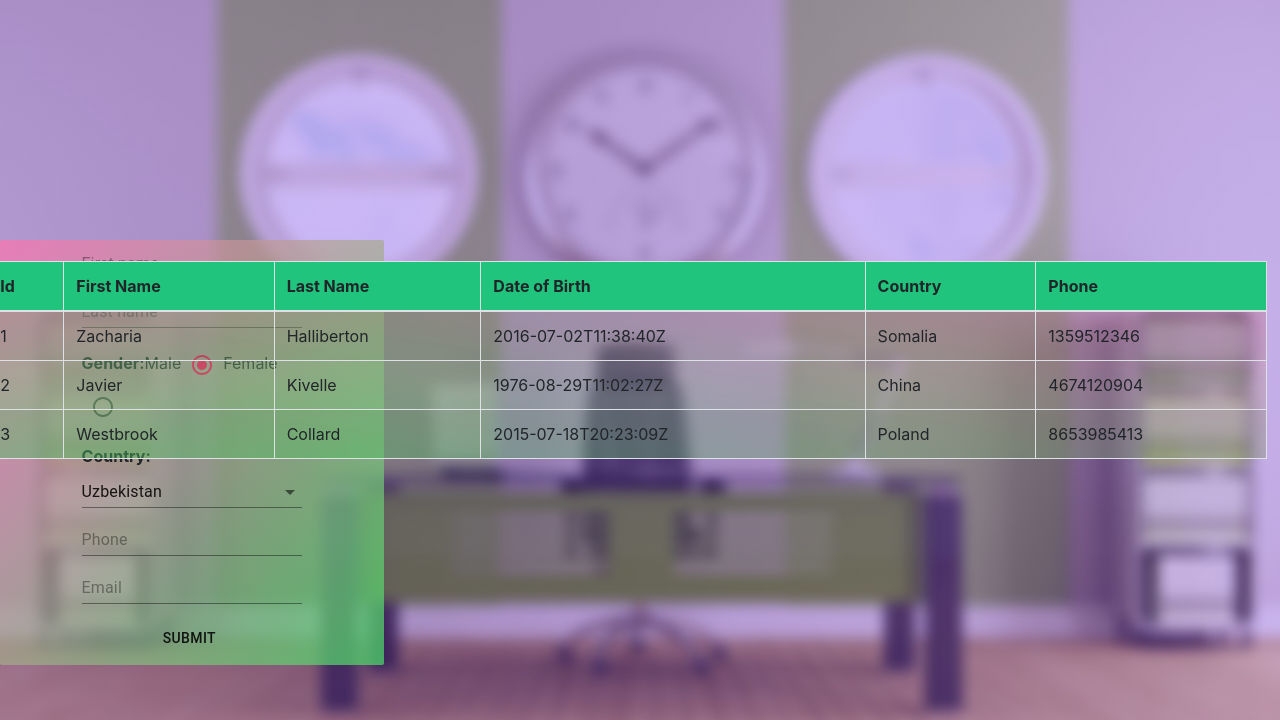
Repository: abrorsaidov/table-table
Page: /
An editor plug-in stored every save of this project. The page is shown before and after the next save, followed by the edit.
The browser window is 1280 px wide. The pictures show the whole page.
The project was rebuilt for these pictures with package versions that can differ from the ones it lists, and the page was loaded fresh each time. Also part of the build but not shown: src/components/ComponentC.js.

Above is the page before, as saved 2020-12-05 01:08:04.

### src/App.js
import React, { useContext } from 'react';
import './App.css';
import UserContext from './components/userContext';
import State from './components/state';
import ComponentC from './components/ComponentC';
import Forms from './components/Forms';
import MyTable from './components/MyTable';

function App() {
    return (
        <State>
            <div className='App'>
                <Forms />
                <MyTable />
            </div>
        </State>
    );
}

export default App;

### src/App.css
@import url("https://fonts.googleapis.com/css2?family=Nunito+Sans:wght@200&display=swap");

* {
  margin: 0;
  padding: 0;
}

body {
  background: linear-gradient(
      to bottom right,
      rgba(104, 37, 238, 0.3),
      rgba(104, 37, 238, 0.3)
    ),
    url("../src/office.jpg");
  background-attachment: fixed;
  background-repeat: no-repeat;
  font-family: "Nunito Sans", sans-serif;
  background-size: cover;
}

.form-wrapper {
  background: linear-gradient(
    to bottom right,
    rgba(255, 114, 175, 0.7),
    rgba(75, 226, 105, 0.7)
  );
  display: flex;
  flex-direction: column;
  justify-content: center;
  align-items: center;
  width: 30%;
  left: 10%;
  border-radius: 2px;
  margin-top: 15em;
  /* transform: translateY(50%); */
  padding: 0.5em;
}

.text {
  width: 60%;
}
.text .country {
  display: flex;
  justify-content: space-between;
}
.text {
  margin-bottom: 1em;
}
label.main {
  font-weight: bold;
}

.submit-btn {
  background: rgba(129, 232, 27, 0.912);
  width: 60%;
  text-align: center;
  border-radius: 7px;
}
small.error {
  display: block;
  color: red;
}
small.hide {
  color: red;
  display: none;
}

option {
  cursor: pointer;
}

.inputs {
  width: 100%;
}

.myTable {
  background: linear-gradient(
    to top right,
    rgba(75, 226, 105, 0.4),
    rgba(255, 114, 175, 0.337)
  );
  position: absolute;
  width: 65%;
  top: 50%;
  transform: translateY(-50%);
  right: 1%;
  padding: 3px;
  /* justify-content: center;
  display: flex; */
}

thead {
  background: rgb(33, 196, 125);
}

### src/components/state.js
import React, { useReducer } from 'react';
import reducer from './reducer';
import UserContext from './userContext';

const State = props => {
    const initialState = {
        loading: false,
    };

    const [state, dispatch] = useReducer(reducer, initialState);

    const setLoading = () => {
        dispatch({
            type: 'LOADING',
        });
    };

    const clearLoading = () => {
        dispatch({
            type: 'CLEAR_LOADING',
        });
    };

    return (
        <UserContext.Provider
            value={{ loading: state.loading, setLoading, clearLoading }}
        >
            {props.children}
        </UserContext.Provider>
    );
};

export default State;

### src/components/MyTable.js
import React, { useMemo } from "react";
import { useTable } from "react-table";
import MOCK_DATA from "./MOCK_DATA.json";
import { COLUMNS } from "./columns";
import { Table } from "react-bootstrap";
import "bootstrap/dist/css/bootstrap.min.css";

const MyTable = () => {
  const columns = useMemo(() => COLUMNS, []);
  const data = useMemo(() => MOCK_DATA, []);

  const tableInstance = useTable({
    columns,
    data,
  });

  const {
    getTableProps,
    getTableBodyProps,
    headerGroups,
    rows,
    prepareRow,
  } = tableInstance;

  return (
    <Table striped bordered hover className={"myTable"} {...getTableProps()}>
      <thead>
        {headerGroups.map((headerGroup) => (
          <tr {...headerGroup.getHeaderGroupProps()}>
            {headerGroup.headers.map((column) => (
              <th {...column.getHeaderProps()}>{column.render("Header")}</th>
            ))}
          </tr>
        ))}
      </thead>
      <tbody {...getTableBodyProps()}>
        {rows.map((row) => {
          prepareRow(row);
          return (
            <tr {...row.getRowProps()}>
              {row.cells.map((cell) => {
                return <td {...cell.getCellProps()}>{cell.render("Cell")}</td>;
              })}
            </tr>
          );
        })}
      </tbody>
    </Table>
  );
};

export default MyTable;

### src/components/reducer.js
export default (state, action) => {
    switch (action.type) {
        case 'LOADING':
            return {
                ...state,
                loading: true,
            };
        case 'CLEAR_LOADING':
            return {
                ...state,
                loading: false,
            };
    }
};

### src/components/columns.js
export const COLUMNS = [
    {
        Header: 'Id',
        accessor: 'id',
    },
    {
        Header: 'First Name',
        accessor: 'first_name',
    },
    {
        Header: 'Last Name',
        accessor: 'last_name',
    },
    {
        Header: 'Date of Birth',
        accessor: 'date_of_birth',
    },
    {
        Header: 'Country',
        accessor: 'country',
    },
    {
        Header: 'Phone',
        accessor: 'phone',
    },
];

Loaded but not shown: public/index.html (common file); src/index.js (common file); src/index.css (common file); src/reportWebVitals.js (common file); src/components/userContext.js (common file); src/components/MOCK_DATA.json (32 lines, source omitted); src/components/Forms.js (492 lines, source omitted)

After the next save:
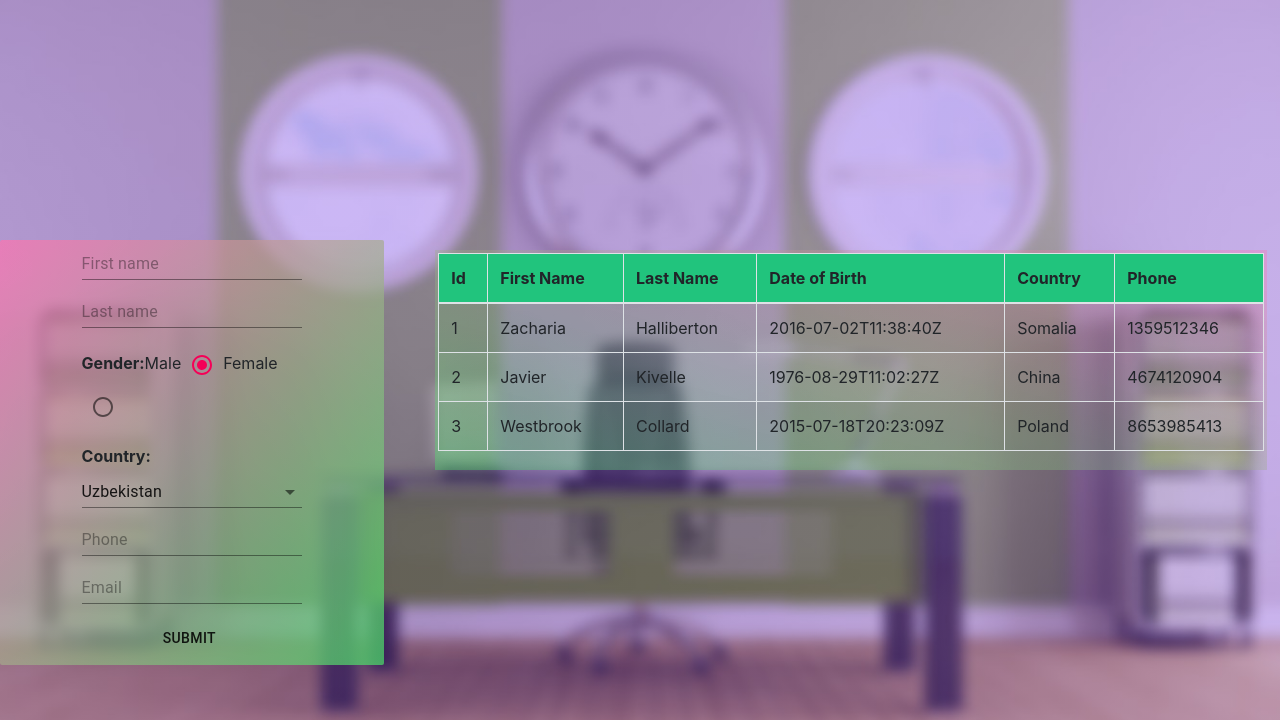
Saved 109 s later.
--- a/src/components/MyTable.js
+++ b/src/components/MyTable.js
@@ -23,29 +23,33 @@ const MyTable = () => {
   } = tableInstance;
 
   return (
-    <Table striped bordered hover className={"myTable"} {...getTableProps()}>
-      <thead>
-        {headerGroups.map((headerGroup) => (
-          <tr {...headerGroup.getHeaderGroupProps()}>
-            {headerGroup.headers.map((column) => (
-              <th {...column.getHeaderProps()}>{column.render("Header")}</th>
-            ))}
-          </tr>
-        ))}
-      </thead>
-      <tbody {...getTableBodyProps()}>
-        {rows.map((row) => {
-          prepareRow(row);
-          return (
-            <tr {...row.getRowProps()}>
-              {row.cells.map((cell) => {
-                return <td {...cell.getCellProps()}>{cell.render("Cell")}</td>;
-              })}
+    <div className="myTable">
+      <Table striped bordered hover className={""} {...getTableProps()}>
+        <thead>
+          {headerGroups.map((headerGroup) => (
+            <tr {...headerGroup.getHeaderGroupProps()}>
+              {headerGroup.headers.map((column) => (
+                <th {...column.getHeaderProps()}>{column.render("Header")}</th>
+              ))}
             </tr>
-          );
-        })}
-      </tbody>
-    </Table>
+          ))}
+        </thead>
+        <tbody {...getTableBodyProps()}>
+          {rows.map((row) => {
+            prepareRow(row);
+            return (
+              <tr {...row.getRowProps()}>
+                {row.cells.map((cell) => {
+                  return (
+                    <td {...cell.getCellProps()}>{cell.render("Cell")}</td>
+                  );
+                })}
+              </tr>
+            );
+          })}
+        </tbody>
+      </Table>
+    </div>
   );
 };
 
